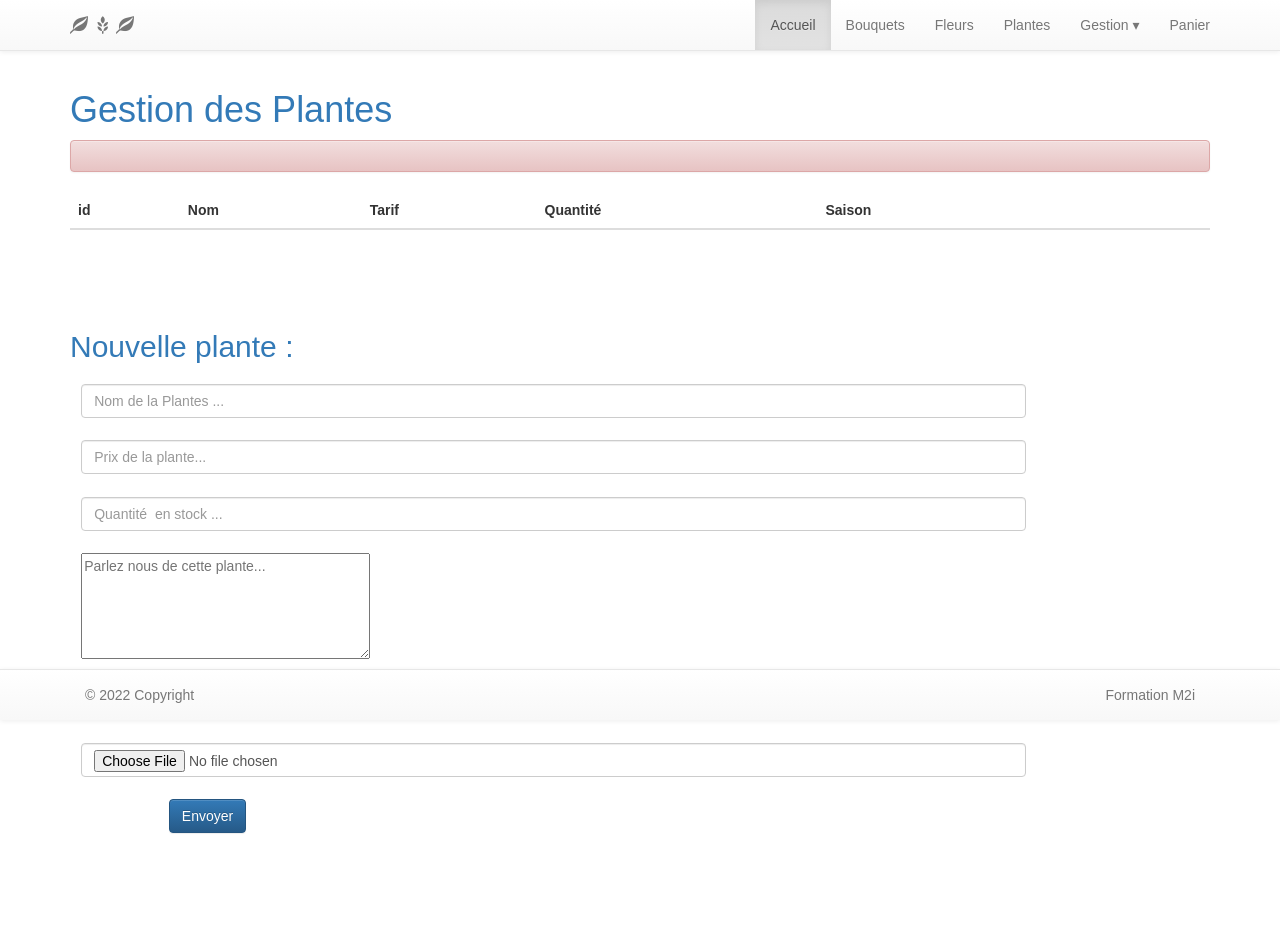
Repository: JeremT8/JavaFleuristeProject
Page: tp-fleuriste/src/main/webapp/plantes.html
These files come from the project's save history. The page is drawn as it stood at one moment and after the next save; the edit follows.
The browser window is 1280 px wide. The pictures show the whole page.
The page's requests for data from a server got no answer. Some web libraries are served in a nearby version.

Above is the page before, as saved 2022-05-17 09:18:49.
Console error: SyntaxError: Unexpected token '.'

### tp-fleuriste/src/main/webapp/plantes.html
<!DOCTYPE html>
<html>
<head>
<meta charset="UTF-8">
<title>Flow Hearts</title>
<link rel="stylesheet"
	href="https://maxcdn.bootstrapcdn.com/bootstrap/3.3.7/css/bootstrap.min.css">
<link rel="stylesheet"
	href="https://maxcdn.bootstrapcdn.com/bootstrap/3.3.7/css/bootstrap-theme.min.css">
<script
	src="https://ajax.googleapis.com/ajax/libs/jquery/3.1.1/jquery.min.js"></script>
<script
	src="https://maxcdn.bootstrapcdn.com/bootstrap/3.3.7/js/bootstrap.min.js"></script>
<link rel="apple-touch-icon" sizes="76x76" href="/apple-touch-icon.png">
<link rel="icon" type="image/png" sizes="32x32"
	href="/favicon-32x32.png">
<link rel="icon" type="image/png" sizes="16x16"
	href="/favicon-16x16.png">
<link rel="manifest" href="/site.webmanifest">
<link rel="mask-icon" href="/safari-pinned-tab.svg" color="#5bbad5">
<meta name="msapplication-TileColor" content="#da532c">
<meta name="theme-color" content="#ffffff">
<link rel="stylesheet" href="css/commun.css">
<script src="./js/plantes.js"></script>
</head>
<body>
	<nav class="navbar navbar-default navbar-fixed-top">
		<div class="container">
			<div class="navbar-header">
				<a href="index.html" class="navbar-brand active"> <span
					class="glyphicon glyphicon-leaf rotate-leaf"></span> <span
					class="glyphicon glyphicon-grain"></span> <span
					class="glyphicon glyphicon-leaf"></span>
				</a>
				<button class="navbar-toggle" type="button" data-toggle="collapse"
					data-target="#navbar-main">
					<span class="icon-bar"></span> <span class="icon-bar"></span> <span
						class="icon-bar"></span>
				</button>
			</div>
			<div class="navbar-collapse collapse" id="navbar-main">
				<ul class="nav navbar-nav navbar-right">
					<li class="active"><a href="index.html">Accueil</a></li>
					<li><a href="bouquets.html">Bouquets</a></li>
					<li><a href="fleurs.html">Fleurs</a></li>
					<li><a href="plantes.html">Plantes</a></li>
					<li class="nav-item dropdown"><a
						class="nav-link dropdown-toggle" href="#" id="navbarDropdown"
						role="button" data-toggle="dropdown" aria-haspopup="true"
						aria-expanded="false"> Gestion ▾ </a>
						<div class="dropdown-menu" aria-labelledby="navbarDropdown">
							<a class="dropdown-item" href="plantes.html">Plantes</a>
							<div class="dropdown-divider"></div>
							<a class="dropdown-item" href="fleurs.html">Fleurs</a>
							<div class="dropdown-divider"></div>
							<a class="dropdown-item" href="bouquets.html">Bouquets</a>
							<div class="dropdown-divider"></div>
							<a class="dropdown-item" href="saisons.html">Saisons</a>
							<div class="dropdown-divider"></div>
							<a class="dropdown-item" href="styles.html">Styles</a>
						</div></li>
					<li><a  href="panier.html"> Panier</a></li>
				</ul>
			</div>
		</div>
	</nav>

	<div class="container">
		<h1 class="bleu">Gestion des Plantes</h1>

		<div class="alert alert-danger" id="errorPlantes"></div>

		<table class="table table-hover table-striped">
			<thead>
				<tr>
					<th>id</th>
					<th>Nom</th>
					<th>Tarif</th>
					<th>Quantité</th>
					<th>Saison</th>
					<th>&nbsp;</th>
					<th>&nbsp;</th>
				</tr>
			</thead>
			<tbody id="tbodyliste">
			</tbody>

		</table>
		<br> <br> <br>
		<h2 class="bleu">Nouvelle plante :</h2>
		<div>
			<form class="form-horizontal">
				<div class="form-group">
					<div class="col-xs-10 input-form">
						<input type="text" id="nomPlantes"
							placeholder="Nom de la Plantes ..." required class="form-control" />
					</div>
					<div class="col-xs-10 input-form">
						<input type="number" id="tarifPlantes"
							placeholder="Prix de la plante..." required class="form-control"  step="0.01"/>
					</div>
					<div class="col-xs-10 input-form">
						<input type="number" id="qtePlantes"
							placeholder="Quantité  en stock ..." required
							class="form-control" step="1" />
					</div>
					<div class="col-xs-10 input-form">
						<textarea id="descPlantes" name="story" rows="5" cols="33" placeholder="Parlez nous de cette plante..."></textarea>
					</div>
					<div class="col-xs-10 input-form">
						<input type="text" id="couleurPlantes"
								placeholder="Couleur de la plante ..." required
								class="form-control" />
					</div>
					<div class="col-xs-10 input-form">
						<input type="file" id="urlPlantes"
								placeholder="Importer l'image de la plante" required
								class="form-control" />
					</div>


					<div class="col-xs-2 input-form">
						<button type="button" id="bAjoutPlantes"
								class="btn btn-primary pull-right">Envoyer</button>
					</div>

				</div>

			</form>
		</div>
	</div>

	<nav class="navbar navbar-default navbar-fixed-bottom">
		<div class="container">
			<ul class="nav navbar-nav  navbar-foot">
				<li class="pull-left"><a>© 2022 Copyright</a></li>
				<li class="pull-right"><a>Formation M2i</a></li>
			</ul>
		</div>
	</nav>
</body>
</html>

### tp-fleuriste/src/main/webapp/css/commun.css
body {
	padding-top: 70px;
	padding-bottom: 70px;
	font-family: 'Montserrat', sans-serif !important;

}

.navbar-foot {
	width: 100%;
}

.rouge {
	color: red;
}

.vert {
	color: green;
}

.bleu, .glyphicon-shopping-cart {
	color: #337ab7;
}
.gros{
	font-size: 1.0em;
	padding-left: 15px;
	padding-right: 15px;
}
.glyphicon-menu-up, .glyphicon-menu-down{
	font-size: 0.7em;
}
.supp, .modif, .tri{
/* 	cursor:crosshair;	 */
	cursor:pointer;
}

textarea.noresize{
	resize: none;
}

#map{
	width : 100%;
	height : 400px;
	border : 1px solid #337ab7;
}

.icon-flipped {
transform: scaleX(-1);
-moz-transform: scaleX(-1);
-webkit-transform: scaleX(-1);
-ms-transform: scaleX(-1);
}


.bottle{
	display: inline-block !important;
}

a.dropdown-item {
	color: black;
	text-decoration: none;
	width:100%;
	margin: 4% auto;
}

.open > .dropdown-menu  {
	display: flex;
	flex-wrap: wrap;
	flex-direction: column;
	text-align: center;
	letter-spacing: 2px;
}


.input-form {
	margin:0.8em;
}

.div-form-input {
	margin: 0% 0% 1.2em 0%;
}

select#saison, select#style {
	width: 95%;
	margin: 0% 2% 0% 2%;
}

#content {
	display: flex;
	justify-content: space-around;
	flex-wrap: wrap;
}

.card {
	box-shadow: 1px 1px 1px grey;
	border-color: black !important;
	border-radius: 5%;
	margin: 2%;
	display: flex;
	flex-direction: column;
	align-items: center;
	text-align: center;
}

.card-img-top {
	max-width: 400px;
	max-height: 400px;
}


.card-title {
	font-size: 1.2em;
	font-weight: bold;
}

.tarif-card {
	color: green;
	font-weight: bold;
	font-size: 1.4rem;
}

### tp-fleuriste/src/main/webapp/js/plantes.js
$(function() {
	getPlantes();
	$("#bAjoutPlantes").on("click", ajouterPlantes);
});



function getPlantes() {
	$("#errorPlantes").css("display", "none");
	$.get("http://localhost:8080/tp-fleuriste/rs/plantes", afficherPlantes);
}




function ajouterPlantes() {

	var data = {
		nom: $("#nomPlantes").val(),
		tarif: $("#tarifPlantes").val(),
		quantite: $("#qtePlantes").val(),
		description: $("#descPlantes").val(),
		couleur: $("#couleurPlantes").val(),
		image: $("#urlPlantes").val(),
	}
	$.ajax({
		type: 'post',
		url: 'http://localhost:8080/tp-fleuriste/rs/plantes',
		data: JSON.stringify(data),
		contentType: "application/json;charset=utf-8",
		success: function() {
			$("#nomPlantes").val("");
			$("#tarifPlantes").val("");
			$("#qtePlantes").val("");
			$("#descPlantes").val("");
			$("#couleurPlantes").val("");
			$("#urlPlantes").val("");

			getPlantes();
		},
		console.log(data);
	})
	.fail(function() {
		$("#errorPlantes").css("display", "block");
		$("#errorPlantes").html("Une erreur est survenue lors de l'ajout");
	})

}


function afficherPlantes(plantes) {
	var data = "";
	plantes.forEach(function(p) {
		var tr = "<tr>";
		tr += "<td>" + p.id + "</td>";
		tr += "<td><input type='text' id='libelle" + p.id + "' value=" + p.nom + " /></td>";
		tr += "<td class='centre'><button onclick='modifSaisons(" + p.id + ")' type='button' class='glyphicon glyphicon-edit vert'></button></td>";
		tr += "<td class='centre'><button onclick='suppSaisons(" + p.id + ")' type='button' class='glyphicon glyphicon-remove rouge'></button></td>";

		tr += "</tr>";

		data += tr;
	})
	$("#tbodyliste").html(data);
}



function suppPlantes(id){
	$.ajax({
		type : 'delete',
		url : 'http://localhost:8080/tp-fleuriste/rs/plantes/' + id,
		success : function(){
			getPlantes();
		}
	})
	.fail(function(){
		$("#errorPlantes").css("display", "block");
		$("#errorPlantes").html("Une erreur est survenue lors de la suppression");
	})
}



function modifPlantes(id){

	var data = {
		nom: $("#nomPlantes" + id).val(),
		tarif: $("#tarifPlantes" + id).val(),
		quantite: $("#qtePlantes" + id).val(),
		description: $("#descPlantes" + id).val(),
		couleur: $("#couleurPlantes" + id).val(),
		image: $("#urlPlantes" + id).val(),
	}


	$.ajax({
		type : 'put',
		url : 'http://localhost:8080/tp-fleuriste/rs/plantes/'+id,
		data : JSON.stringify(data),
		contentType : "application/json;charset=utf-8",
		success : function(){
			getPlantes();
		}
	})
	.fail(function(){
		getSaisons();
		$("#errorPlantes").css("display", "block");
		$("#errorPlantes").html("Une erreur est survenue lors de la modification");
	})

}

After the next save:
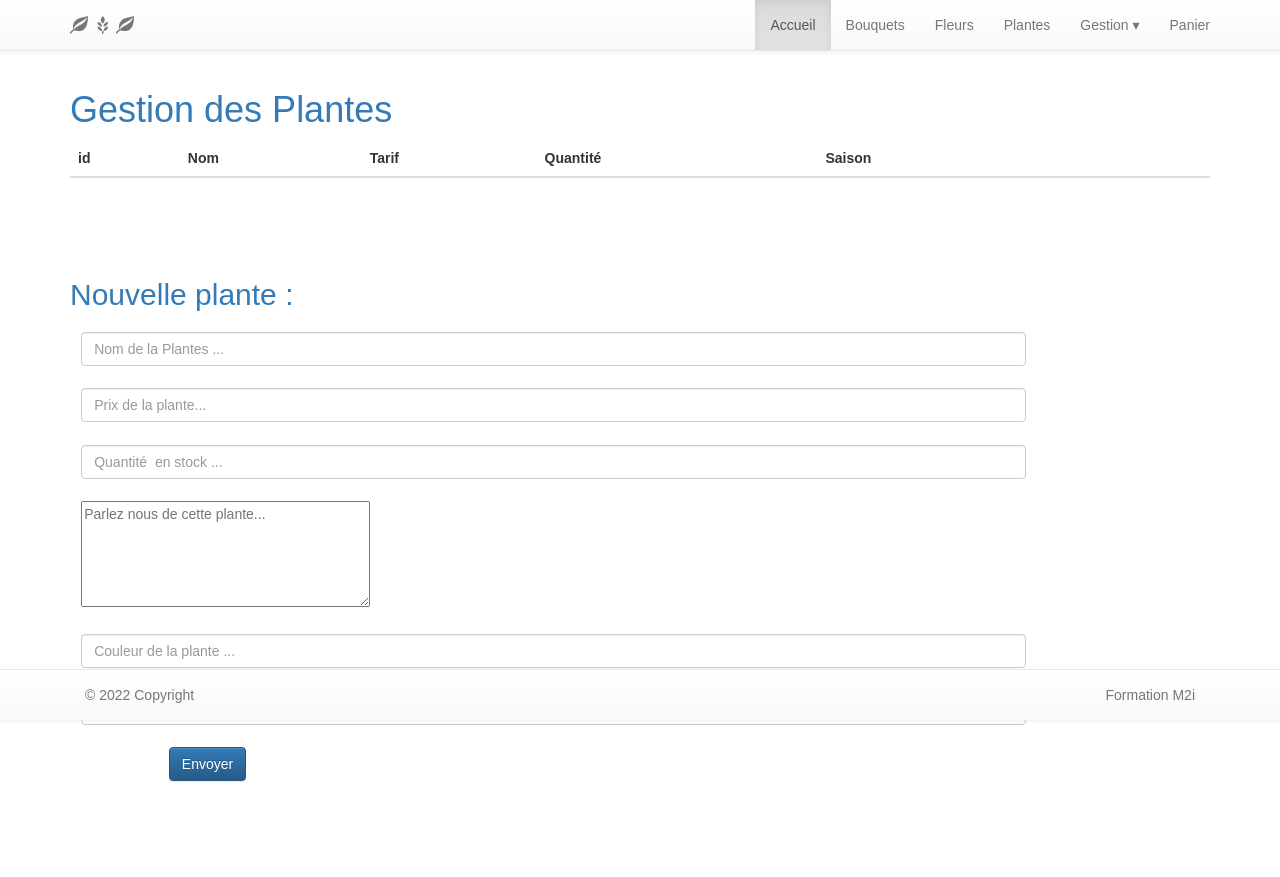
The error is gone.
Saved 22 s later.
--- a/tp-fleuriste/src/main/webapp/js/plantes.js
+++ b/tp-fleuriste/src/main/webapp/js/plantes.js
@@ -37,13 +37,14 @@ function ajouterPlantes() {
 			$("#urlPlantes").val("");
 
 			getPlantes();
-		},
-		console.log(data);
+		}
 	})
 	.fail(function() {
 		$("#errorPlantes").css("display", "block");
 		$("#errorPlantes").html("Une erreur est survenue lors de l'ajout");
 	})
+
+	console.log(data);
 
 }
 
